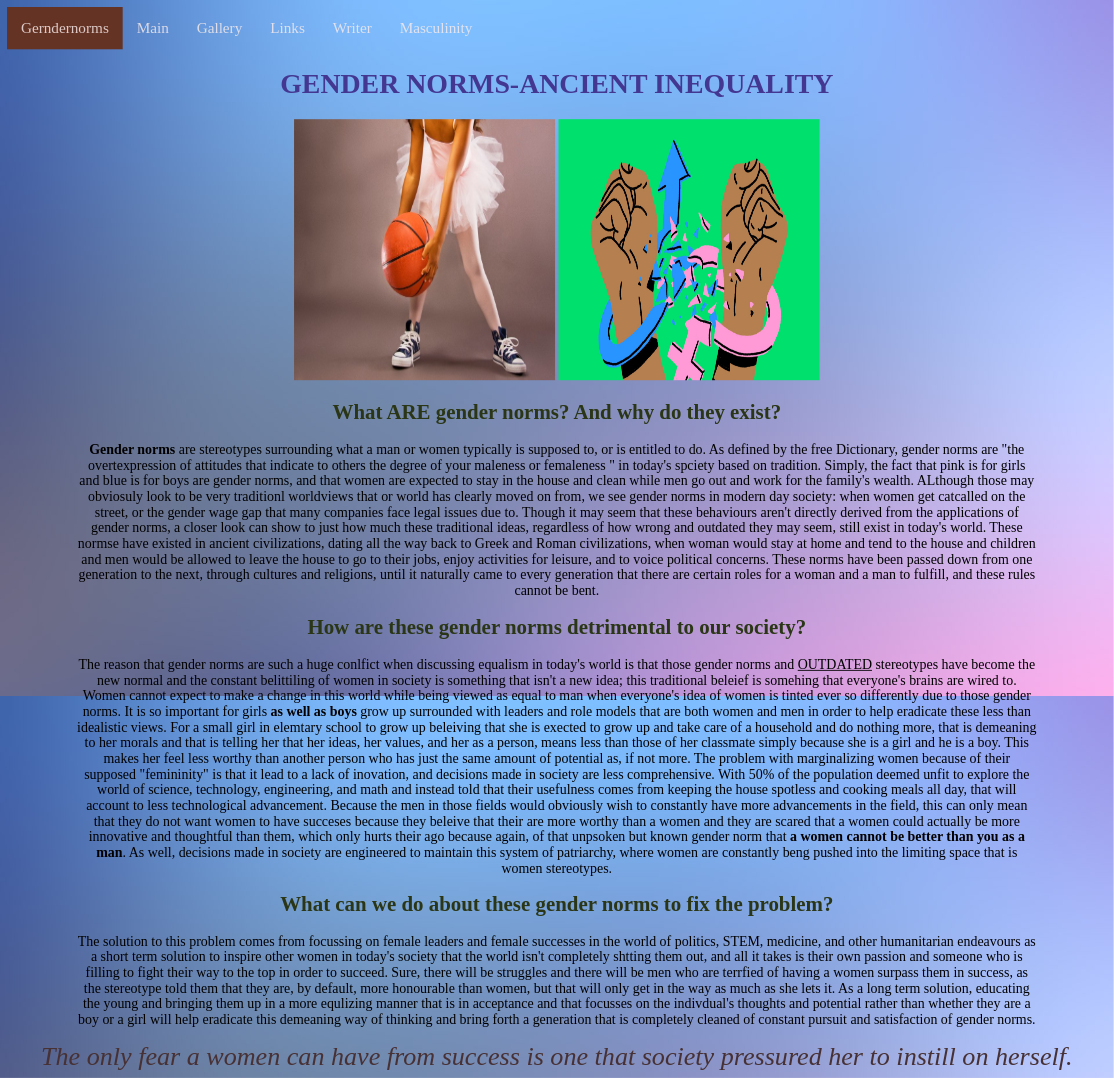
Repository: Lujaina-E/womens-rights-site
Page: gendernorms.html
An editor plug-in stored every save of this project. The page is shown before and after the next save, followed by the edit.
The browser window is 1280 px wide. The pictures show the whole page, at 87% of full size.
Backgrounds fixed to the window are drawn as part of the page.

Above is the page before, as saved 2022-07-26 00:10:59.

After the next save:
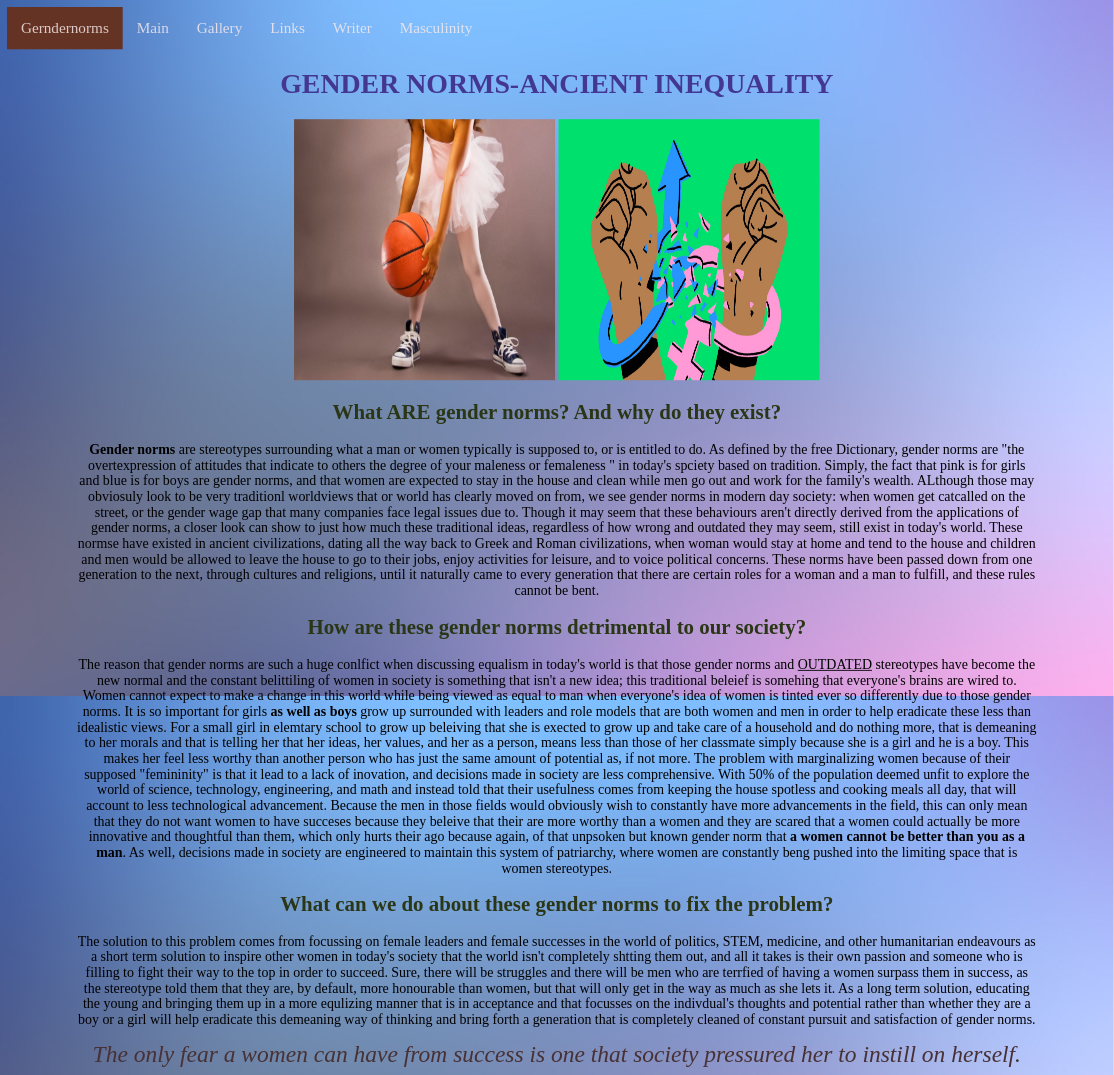
Saved 8 s later.
--- a/gendernormsStyle.css
+++ b/gendernormsStyle.css
@@ -30,7 +30,7 @@ body > p{
 }
 
 body > i{
-    font-size: 30px;
+    font-size: 27px;
     color: rgb(71, 49, 52);
 
 
